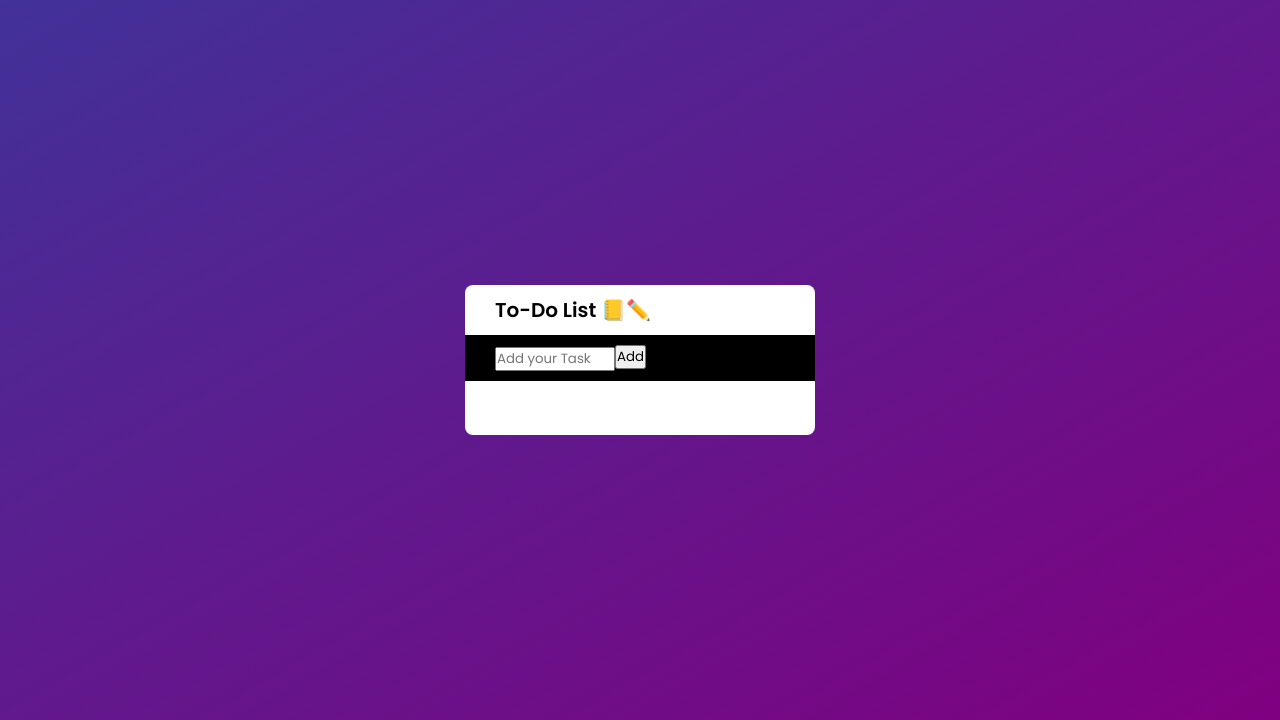
Repository: Ankitkr2021/To-Do-List
Page: index.html
The author's editor kept a copy of each file at every save. The page is drawn from the files as they stood at one save, then again after the next save.
The browser window is 1280 px wide. The pictures show the whole page.

Above is the page before, as saved 2025-10-03 10:06:58.

After the next save:
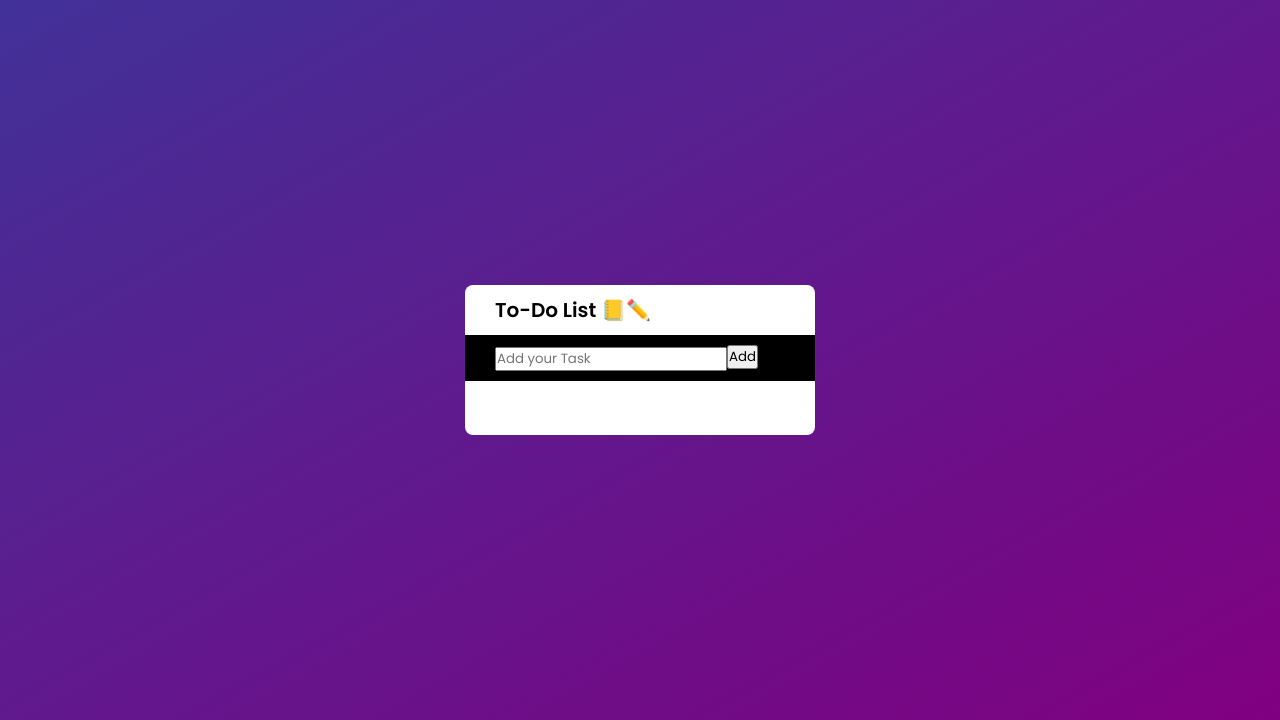
Saved 12 s later.
--- a/style.css
+++ b/style.css
@@ -36,7 +36,7 @@ body{
 }
 
 .task input {
-    width: 120px;
+    width: 80%;
 }
 
 .task button {
